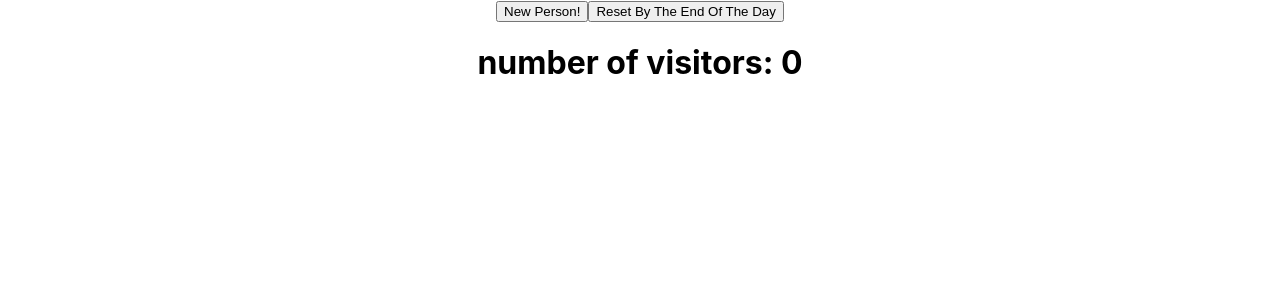
Repository: s-galvez19/quiz2CounterOfGallery
Page: /
The author's editor kept a copy of each file at every save. The page is drawn from the files as they stood at one save, then again after a run of saves.
The browser window is 1280 px wide. The pictures show the whole page.
The project was rebuilt for these pictures with package versions that can differ from the ones it lists, and the page was loaded fresh each time.

Above is the page before, as saved 2019-03-07 18:55:15.

### src/App.js
import React, { Component } from 'react';
import './App.css';

class App extends Component {
  render() {
    return (
      <div className="App">
        <Counter />
      </div>
    );
  }
}

class Counter extends React.Component {
  constructor(props) {
    super(props);
    this.state = {
      count: 0
    };

    this.increment = this.increment.bind(this)
    this.reset = this.reset.bind(this)
  }

  increment() {
    this.setState({
      count: this.state.count + 1
    })
    alert('Welcome to the popular art gallery!');

    return false;
  }


  reset() {
    this.setState({
      count: 0
    })
    alert('Are you sure the reset the counter back to zero at the end of the day?');

    return false;
  }

  render() {
    return (
      <div>
        <button className='inc' onClick={this.increment}>New Person!</button>
        <button className='reset' onClick={this.reset}>Reset By The End Of The Day</button>
        <h1>number of visitors: {this.state.count}</h1>
      </div>
    );
  }
};

export default App;

Loaded but not shown: public/index.html (common file); src/index.js (common file); src/index.css (common file); src/serviceWorker.js (common file); src/App.css (common file)

After the next 3 saves:
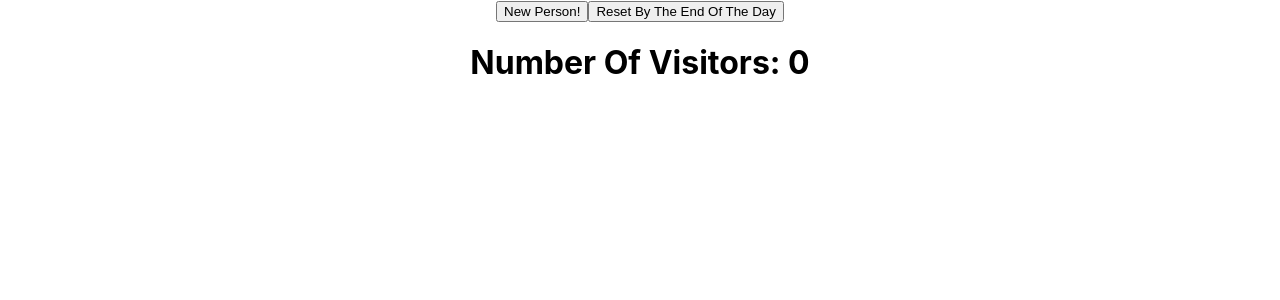
The 3 saves are shown as one change because they came seconds apart.
The last was saved 10 s later.
--- a/src/App.js
+++ b/src/App.js
@@ -46,7 +46,7 @@ class Counter extends React.Component {
       <div>
         <button className='inc' onClick={this.increment}>New Person!</button>
         <button className='reset' onClick={this.reset}>Reset By The End Of The Day</button>
-        <h1>number of visitors: {this.state.count}</h1>
+        <h1>Number Of Visitors: {this.state.count}</h1>
       </div>
     );
   }
